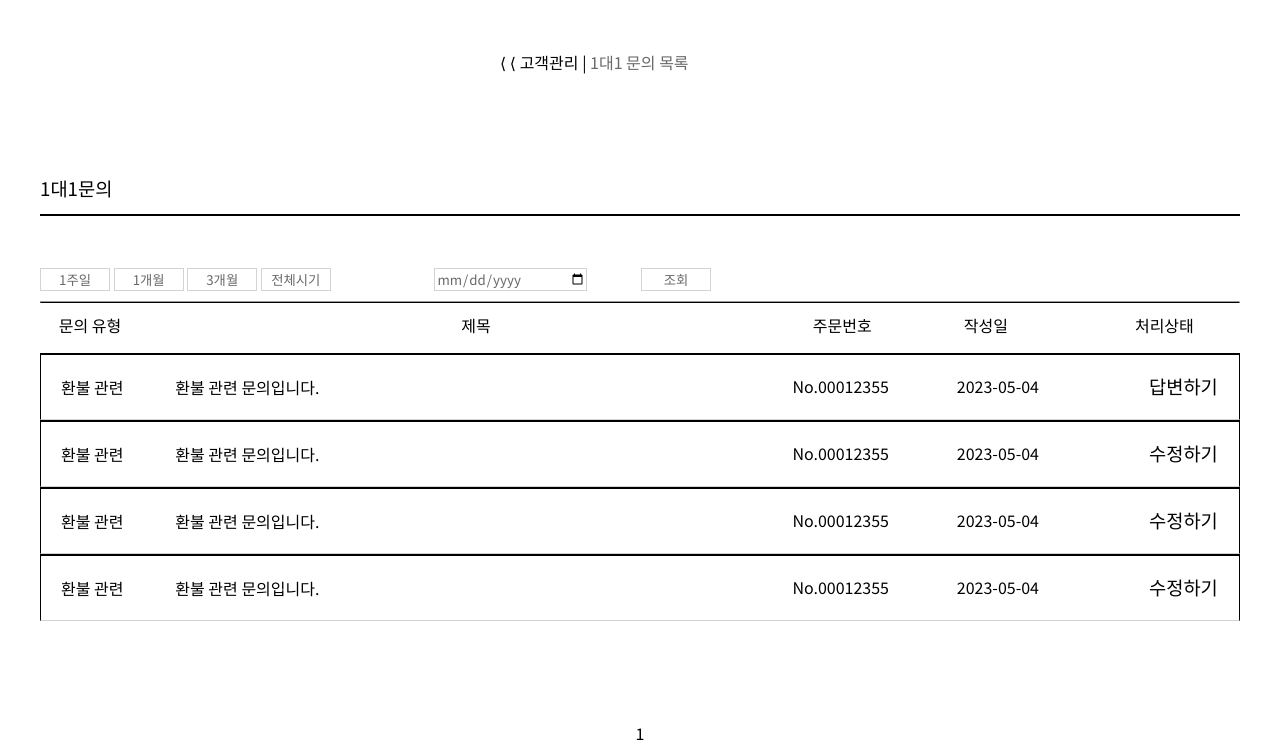
Repository: mcw9503/PassionForFashion
Page: Semi_Project/src/main/webapp/WEB-INF/QnaPage.html
An editor plug-in stored every save of this project. The page is shown before and after the next save, followed by the edit.
The browser window is 1280 px wide. The pictures show the whole page.

Above is the page before, as saved 2023-05-07 08:49:15.

### Semi_Project/src/main/webapp/WEB-INF/QnaPage.html
<!DOCTYPE html>
<html>
<head>
<meta charset="UTF-8">
<title>Insert title here</title>
<link href="https://fonts.googleapis.com/earlyaccess/notosanskr.css"
	rel="stylesheet">
</head>

<style>

* {
	outline: none;
	margin: 0;
	font-family: 'Noto Sans KR', sans-serif;
}

input[id*="answer"] {
	display: none;
}

input[id*="answer"] + label {
	display:block;
	padding:20px;
	border:1px solid black;
	border-top:2px solid black;
	border-bottom: 1px solid lightgray;
	color:black;
	font-weight:200;
	background: white;
	position: relative;
}


input[id*="answer"] + label h3 {
	position: absolute;
	top: 50%;
	right:10px;
	width:80px;
	height:30px;
	margin-top: -15px;
	border-top: none:
	background: white;
	font-weight: 200;
}

input[id*="answer"] + label span {
	position: absolute;
	top: 30%;
	right:200px;
}



input[id*="answer"] + label + div {
	max-height: 0;
	transition: all .35s;
	overflow: hidden;
	background: white;
	font-size: 11px;
	border-left: 1px solid lightgray;
	border-right: 1px solid lightgray;
}

input[id*="answer"] + label + div:last-child{
	border-bottom : 1px solid black;
}

input[id*="answer"] + label + div p {
	display:inline-block;
	padding:20px;
}

input[id*="answer"]:checked + label + div {
	max-height: 500px;
}
.qnaCategoy {
font-weight: 500;
}
hr{
border-bottom: 1px solid black;
}
div button {
	color: dimgray;
	background:white;
	border: 1px solid lightgray;
	margin-bottom: 10px;
	width: 70px;
}

div button:active{
	color: black;
	background:white;
	border: 0.5px solid black;
}

div form input {
	color: dimgray;
	background:white;
	border: 1px solid lightgray;
	margin-bottom: 10px;
	width: 70px;
}

div form input:active {
	color: black;
	background:white;
	border: 0.5px solid black;
}



</style>
<body>
	<div style="display:inline-block; margin-left: 500px; margin-bottom: 100px; margin-top: 50px;">&lang; &lang; 고객관리 <span>|</span> <span style="color:dimgray;">  1대1 문의 목록</span>
	</div>
	<div class="qnaWrap" style="width: 1200px; margin: auto;" >

		<h3 style="font-weight: 400; margin-bottom: 30px; border-bottom: 2px solid black; height: 40px;"> 1대1문의</h3>
		<div style="margin-top: 50px;">
			<form>
				<button type="button">1주일</button>
				<button type="button">1개월</button>
				<button type="button">3개월</button>
				<button type="button" name="date">전체시기</button>
				<input type="date" name="date" style="width:  150px; margin-left: 100px; margin-right: 50px;">
				<input type="submit" name="submit" value="조회">
			</form>
		</div>

		<hr style="margin-bottom: 10px; font-weight: 800; color:black;">

		<div style="display: inline-block; text-align: center; width: 100px; height: 40px;">
			<p>문의 유형</p>
		</div>
		<div style="display: inline-block; text-align: center; width: 665px; height: 40px;">
			<p> 제목 </p>
		</div>
		<div style="display: inline-block; text-align: center; width: 60px; height: 40px; margin-right:60px;">
			<p> 주문번호 </p>
		</div>
		<div style="display: inline-block; text-align: center; width: 100px; height: 40px; margin-right: 80px;">
			<p> 작성일 </p>
		</div>
		<div style="display: inline-block; text-align: center; width: 90px; height: 40px; ">
			<p> 처리상태 </p>
		</div>

		<input type="checkbox" id="answer01">
		<label for="answer01">
		<div class="qnaCategoy" style="display: inline-block; width: 100px;">환불 관련</div>
		&nbsp;&nbsp;
		환불 관련 문의입니다.
		<span style="margin-right: 150px;">No.00012355</span>
		<span>2023-05-04</span>
		<h3 class="ansComplete"style="margin-left: 15px; ">답변하기</h3></label>
		<div>
			<p class="qnaAnswer"></p>
		</div>

		<input type="checkbox" id="answer02">
		<label for="answer02">
		<div class="qnaCategoy" style="display: inline-block; width: 100px;">환불 관련</div>
		&nbsp;&nbsp;
		환불 관련 문의입니다.
		<span style="margin-right: 150px;">No.00012355</span>
		<span>2023-05-04</span>
		<h3 class="ansComplete" style="margin-left: 15px;"></h3></label>
		<div>
			<p class="qnaAnswer">답변완료 해드렸습니다.</p>
		</div>

		<input type="checkbox" id="answer03">
		<label for="answer03">
		<div class="qnaCategoy" style="display: inline-block; width: 100px;">환불 관련</div>
		&nbsp;&nbsp;
		환불 관련 문의입니다.
		<span style="margin-right: 150px;">No.00012355</span>
		<span>2023-05-04</span><h3 class="ansComplete" style="margin-left: 15px;">답변하기</h3></label>
		<div>
			<p class="qnaAnswer">답변완료 해드렸습니다. 다른 문의는 더 필요 없으신가요.
			저희 쇼핑몰을 이용해주셔서 감사드립니다. 좋은 하루 보내세요.</p>
		</div>

		<input type="checkbox" id="answer04">
		<label for="answer04">
		<div class="qnaCategoy" style="display: inline-block; width: 100px;">환불 관련</div>
		&nbsp;&nbsp;
		환불 관련 문의입니다.
		<span style="margin-right: 150px;">No.00012355</span>
		<span>2023-05-04</span><h3  class="ansComplete" style="margin-left: 15px;">답변하기</h3></label>
		<div>
			<p class="qnaAnswer">답변완료 해드렸습니다. 다른 문의는 더 필요 없으신가요.
			저희 쇼핑몰을 이용해주셔서 감사드립니다. 좋은 하루 보내세요.</p>
		</div>

		<div class="pageNum" style="margin-top: 100px; text-align: center;">1</div>

	</div>



	<script>
	window.onload = function(){
	const qnaAnswer = document.querySelectorAll(".qnaAnswer");
	const ansComplete = document.querySelectorAll(".ansComplete");


		for(i=0; i<qnaAnswer.length; i++){
			if(qnaAnswer[i].innerText == ""){
				ansComplete[i].innerText="답변하기";
			}else{
				ansComplete[i].innerText = "수정하기";
			}

		}



	}

	</script>

</body>
</html>

After the next save:
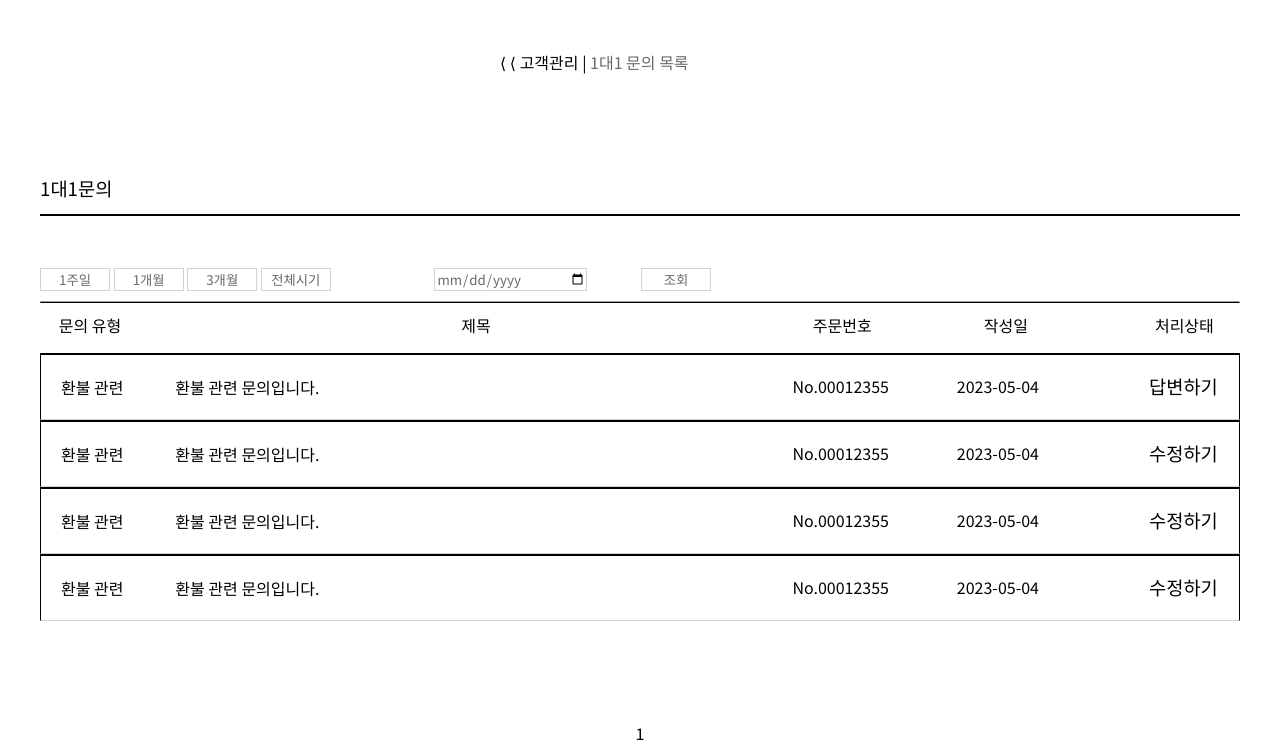
Saved 5 s later.
--- a/Semi_Project/src/main/webapp/WEB-INF/QnaPage.html
+++ b/Semi_Project/src/main/webapp/WEB-INF/QnaPage.html
@@ -136,7 +136,7 @@ div form input:active {
 		<div style="display: inline-block; text-align: center; width: 665px; height: 40px;">
 			<p> 제목 </p>
 		</div>
-		<div style="display: inline-block; text-align: center; width: 60px; height: 40px; margin-right:60px;">
+		<div style="display: inline-block; text-align: center; width: 60px; height: 40px; margin-right:80px;">
 			<p> 주문번호 </p>
 		</div>
 		<div style="display: inline-block; text-align: center; width: 100px; height: 40px; margin-right: 80px;">
